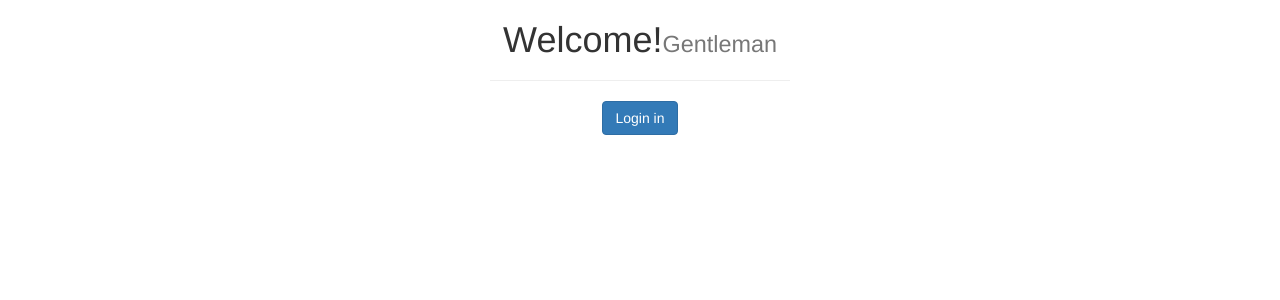
Repository: JasonBour/Beautypedia
Page: http://localhost/
These files come from the project's save history. The page is drawn as it stood at one moment and after the next save; the edit follows.
The browser window is 1280 px wide. The pictures show the whole page.
The page is run by PHP 8.4 with error messages shown; the project is at /var/www/html/.

Above is the page before, as saved 2015-09-13 12:25:23.

### Beautypedia/index.php
<html>
<head>
<meta charset="utf-8">
<link rel="stylesheet" type="text/css" href="./css/bootstrap.min.css"><!-- css file-->
<link rel="stylesheet" type="text/css" href="./css/index.css">
</head>
<body>


<div class="container ">
    <h1  class="title">Welcome!<small>Gentleman</small></h1>



     <HR align=center width=300 color=#987cb9 SIZE=1>

  <div>
   <p></p>
   <button type="button" class="btn btn-primary">Login in</button>


  </div>


 </div>


</body>

</html>

### Beautypedia/css/index.css
@CHARSET "UTF-8";
div.container{
	text-align:center;


}

Loaded but not shown: Beautypedia/css/bootstrap.min.css (library)

After the next save:
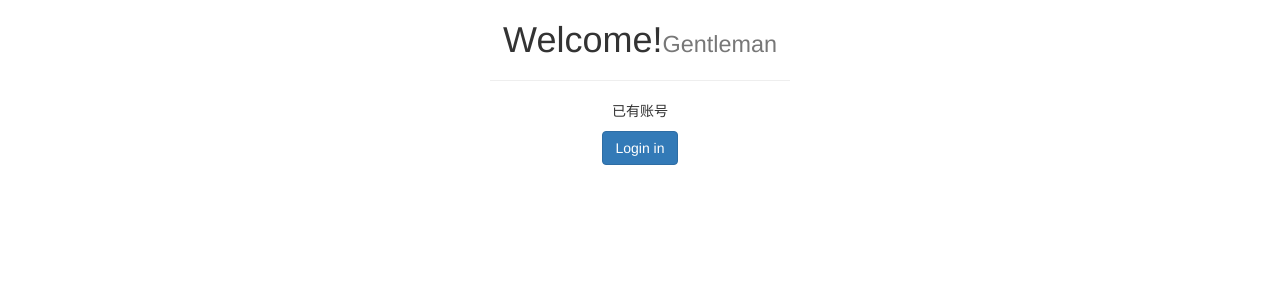
Saved 9 s later.
--- a/Beautypedia/index.php
+++ b/Beautypedia/index.php
@@ -15,7 +15,7 @@
      <HR align=center width=300 color=#987cb9 SIZE=1>
 
   <div>
-   <p></p>
+   <p>已有账号</p>
    <button type="button" class="btn btn-primary">Login in</button>
 
 
